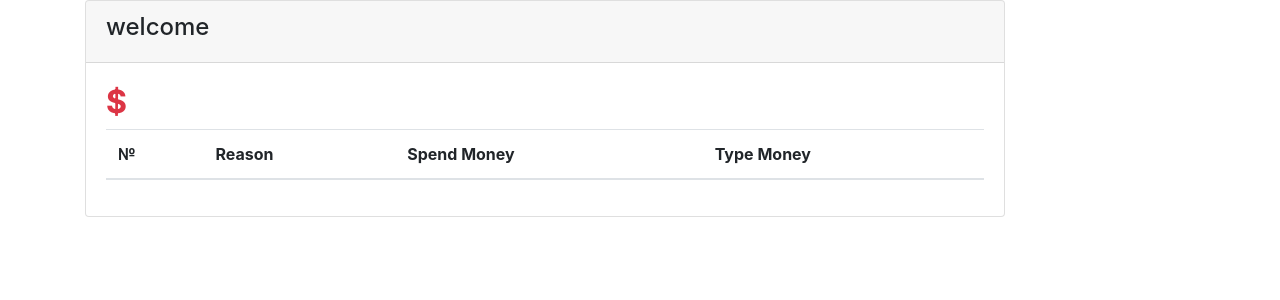
Repository: surefaceJS/allMyWorkInaliLinux
Page: hardcha/index.html
These files come from the project's save history. The page is drawn as it stood at one moment and after a run of saves; the edit follows.
The browser window is 1280 px wide. The pictures show the whole page.

Above is the page before, as saved 2021-04-19 11:35:03.

### hardcha/index.html
<!DOCTYPE html>
<html lang="en">

<head>
    <meta charset="UTF-8">
    <meta http-equiv="X-UA-Compatible" content="IE=edge">
    <meta name="viewport" content="width=device-width, initial-scale=1.0">
    <title>ReadyWebPage</title>
    <link rel="stylesheet" href="css/bootstrap.css">
    <link rel="stylesheet" href="fontawesome-free-5.15.2-web/css/all.min.css">
    <link rel="stylesheet" href="css/main.css">
</head>

<body>


    <div class="container">

        <div class="row">
            <div class="col-10">
                <div class="card">

                    <div class="card-header">
                        <h4>welcome <span id="pushName"></span> </h4>
                    </div>
                    <div class="card-body">
                        <h2 class="text-danger text-uppercase font-intel-bold" id="pushMonay"><span>$</span></h2>

                        <table class="table table-hover table-striped">
                            <thead>
                                <tr>
                                    <th>№</th>
                                    <th>Reason</th>
                                    <th>Spend Money</th>
                                    <th>Type Money</th>
                                </tr>
                            </thead>
                            <tbody id="result"></tbody>
                        </table>
                    </div>

                </div>
            </div>
        </div>
    </div>

    <script src="js/jquery-3.3.1.slim.min.js"></script>
    <script src="js/popper.min.js"></script>
    <script src="js/bootstrap.js"></script>
    <script src="js/app.js"></script>
</body>

</html>

### hardcha/css/main.css
/*********************  FONTS STYLE *************************/
@font-face {
  font-family: "Inter-Bold";
  src: url("../asssets/fonts/Inter/Inter-Bold.ttf") format("truetype"); }
@font-face {
  font-family: "Inter-Regular";
  src: url("../asssets/fonts/Inter/Inter-Regular.ttf") format("truetype"); }
@font-face {
  font-family: "Inter-Light";
  src: url("../asssets/fonts/Inter/Inter-Light.ttf") format("truetype"); }
@font-face {
  font-family: "Inter-SemiBold";
  src: url("../asssets/fonts/Inter/Inter-SemiBold.ttf") format("truetype"); }
.font-intel-bold {
  font-family: "Inter-Bold", sans-serif; }

.font-intel-regular {
  font-family: "Inter-Regular", sans-serif; }

.font-intel-light {
  font-family: "Inter-Light", sans-serif; }

.font-inter-semi-bold {
  font-family: "Inter-SemiBold", sans-serif; }

/*# sourceMappingURL=main.css.map */

Loaded but not shown: hardcha/css/bootstrap.css (library); hardcha/fontawesome-free-5.15.2-web/css/all.min.css (library); hardcha/js/jquery-3.3.1.slim.min.js (library); hardcha/js/popper.min.js (library); hardcha/js/bootstrap.js (library); hardcha/js/app.js (no copy from this time; the picture is the same without it)

After the next 2 saves:
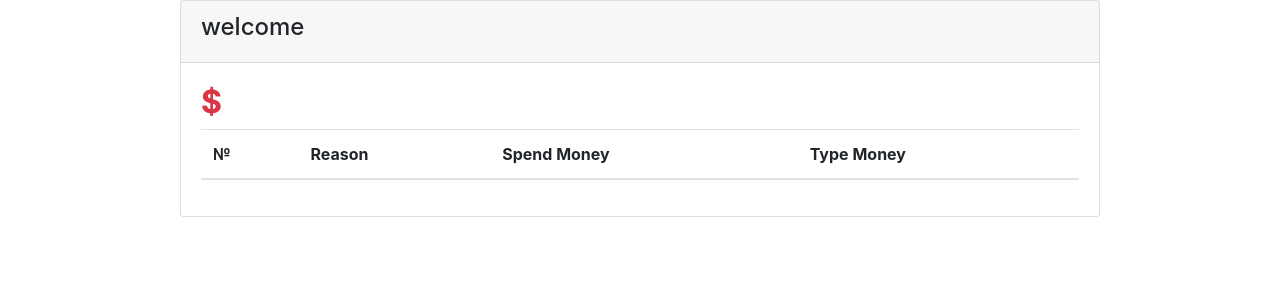
The 2 saves are shown as one change because they came seconds apart.
The last was saved 55 s later.
--- a/hardcha/index.html
+++ b/hardcha/index.html
@@ -17,7 +17,7 @@
     <div class="container">
 
         <div class="row">
-            <div class="col-10">
+            <div class="col-10 m-auto">
                 <div class="card">
 
                     <div class="card-header">
